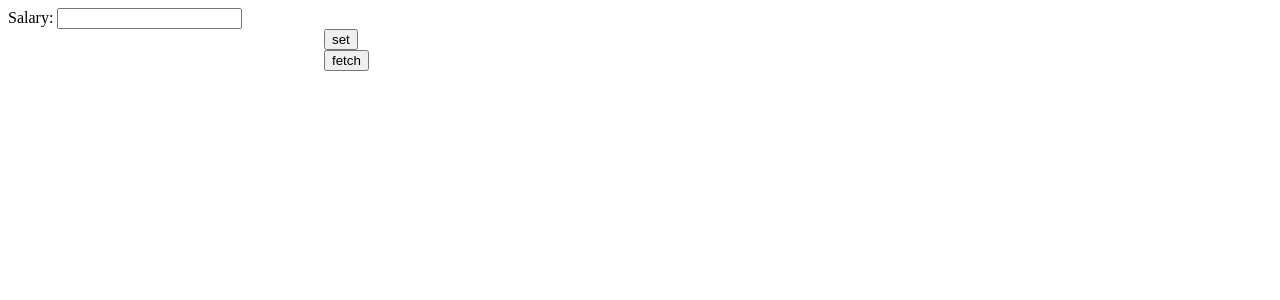
Repository: poobalan5397/corejava
Page: firstWebsite/src/main/webapp/SessionDemo.html
These files come from the project's save history. The page is drawn as it stood at one moment and after the next save; the edit follows.
The browser window is 1280 px wide. The pictures show the whole page.

Above is the page before, as saved 2022-05-20 11:33:02.

After the next save:
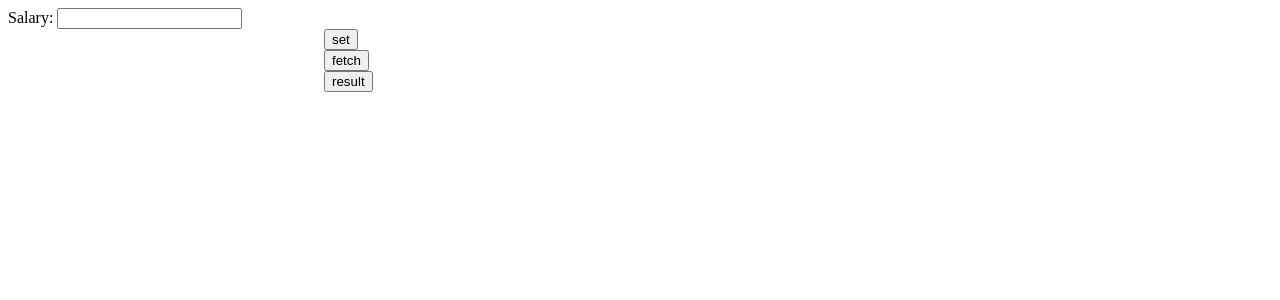
Saved 84 s later.
--- a/firstWebsite/src/main/webapp/SessionDemo.html
+++ b/firstWebsite/src/main/webapp/SessionDemo.html
@@ -17,6 +17,9 @@
 <div style="width:50%; margin:0 auto">
 <input type="submit" value="fetch" name="submit">
 </div>
+<div style="width:50%; margin:0 auto">
+<input type="submit" value="result" name="submit">
+</div>
 </div>
 </form>
 </body>
